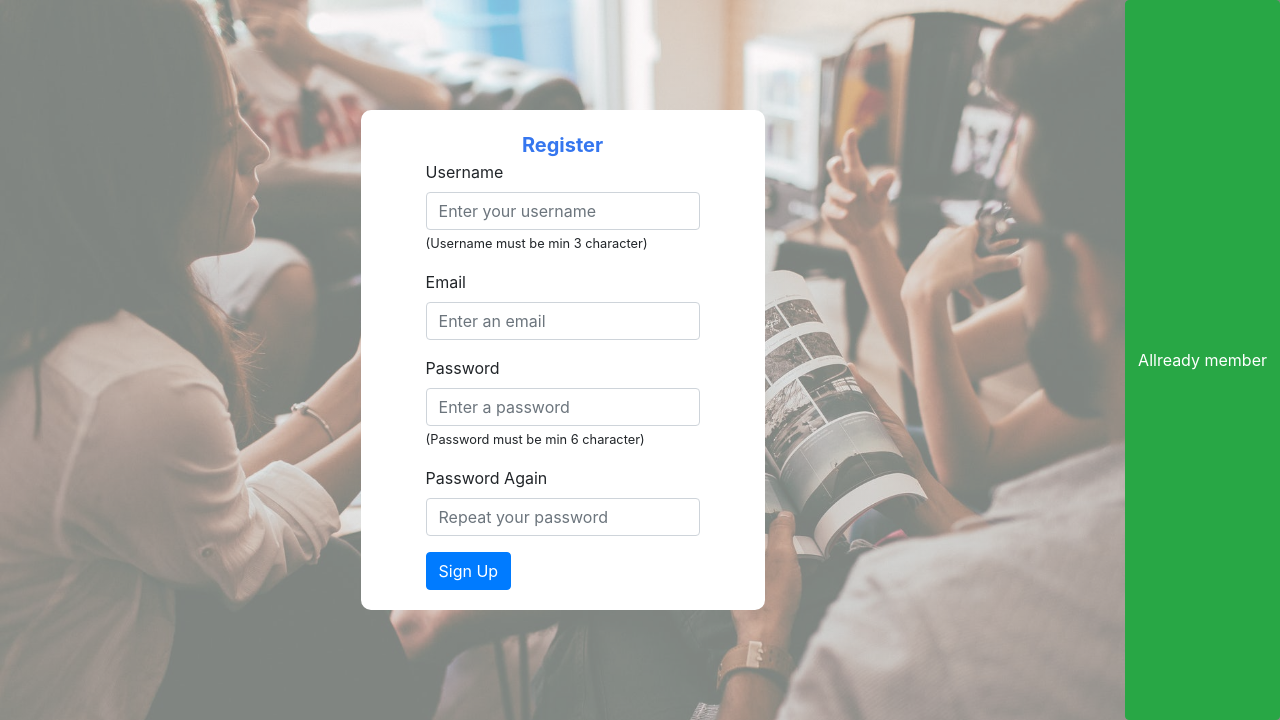
Repository: arafat877/super-chat
Page: /
These files come from the project's save history. The page is drawn as it stood at one moment and after the next save; the edit follows.
The browser window is 1280 px wide. The pictures show the whole page.
The project was rebuilt for these pictures with package versions that can differ from the ones it lists, and the page was loaded fresh each time. Also part of the build but not shown: src/App.scss, src/pages/login/Login.scss, src/pages/login/Login.js, src/pages/chat/Chat.scss, src/pages/chat/Chat.js, src/pages/profile/Profile.js.

Above is the page before, as saved 2020-08-07 20:51:52.

### public/index.html
<!DOCTYPE html>
<html lang="en">
  <head>
    <meta charset="utf-8" />
    <meta name="viewport" content="width=device-width, initial-scale=1" />
    <meta name="theme-color" content="#000000" />
    <meta
      name="description"
      content="Chat application with node.js, express, react.js, mongoDb and socket.io"
    />
    <link rel="stylesheet" href="styles.css" />
    <link
      rel="stylesheet"
      href="https://maxcdn.bootstrapcdn.com/bootstrap/4.5.0/css/bootstrap.min.css"
      integrity="sha384-9aIt2nRpC12Uk9gS9baDl411NQApFmC26EwAOH8WgZl5MYYxFfc+NcPb1dKGj7Sk"
      crossorigin="anonymous"
    />
    <link
      href="https://fonts.googleapis.com/css2?family=Roboto:wght@100;300;400;500;700;900&display=swap"
      rel="stylesheet"
    />

    <title>Super Chat</title>
  </head>
  <body>
    <noscript>You need to enable JavaScript to run this app.</noscript>
    <div id="root"></div>
  </body>
</html>

### src/App.js
import React, { useContext } from "react";
import {
  HashRouter as Router,
  Route,
  Switch,
  Redirect,
} from "react-router-dom";
import "./App.scss";
import Register from "./pages/register/Register";
import Login from "./pages/login/Login";
import Chat from "./pages/chat/Chat";
import Profile from "./pages/profile/Profile";
import { AuthContextProvider, AuthContext } from "./context/auth/AuthContex";

function App() {
  const { currentUser } = useContext(AuthContext);

  return (
    <AuthContextProvider>
      <Router>
        <Switch>
          <Route exact path={"/"}>
            {currentUser.token === null ? <Register /> : <Chat />}
          </Route>
          <Route path={"/register"}>
            {currentUser.token === null ? <Register /> : <Redirect to="/" />}
          </Route>
          <Route path={"/login"}>
            {currentUser.token === null ? <Login /> : <Redirect to="/" />}
          </Route>
          <Route path={"/chat"}>
            {currentUser.token === null ? <Login /> : <Chat />}
          </Route>
          <Route path={"/profile/:username"}>
            <Profile />
          </Route>
          <Redirect from="*" to="/" />
        </Switch>
      </Router>
    </AuthContextProvider>
  );
}

export default App;

### src/pages/register/Register.js
import React, { useState, useContext } from "react";
import "./Register.scss";
import FormInput from "../../components/formInput/FormInput";
import { AuthContext } from "../../context/auth/AuthContex";
import {registerUser} from "../../apiCalls/authApiCalls";

const Register = () => {
  const [form, setForm] = useState({
    name: "",
    email: "",
    password: "",
  });

  const [validationErrors, setValidationErrors] = useState({
    name: "",
    email: "",
    password: "",
    passwordAgain: "",
  });


  const { isFetching, error, dispatch } = useContext(AuthContext);

  const onChange = (event) => {
    const { name, value } = event.target;
    setForm((previousForm) => ({ ...previousForm, [name]: value }));
  };

  const handleConfirmPassword = (event) => {
    if (event.target.value !== form.password) {
      setValidationErrors({ ...validationErrors, passwordAgain: "Passwords do not match!" });
    } else {
      setValidationErrors({ ...validationErrors, passwordAgain: "" });
    }
  };

  const {name,email,password} = form

  const handleSend = (e) => {
    e.preventDefault();
    registerUser({name,email,password},dispatch)
  };

  return (
    <div className="registerContainer vh-100 d-flex">
      <div className="container appWrapper1 m-auto">
        <div className="row justify-content-center">
          <span className="title">Register</span>
        </div>
        <div className="row justify-content-center">
          <form>
            <FormInput
              label="Username"
              type="text"
              name="name"
              onChange={onChange}
              placeholder="Enter your username"
              small="Username must be min 3 character"
              error={validationErrors.name}
            />
            <FormInput
              label="Email"
              type="email"
              name="email"
              onChange={onChange}
              placeholder="Enter an email"
              error={validationErrors.email}
            />
            <FormInput
              label="Password"
              type="password"
              name="password"
              onChange={onChange}
              placeholder="Enter a password"
              small="Password must be min 6 character"
              error={validationErrors.password}
            />
            <FormInput
              label="Password Again"
              type="password"
              name="passwordAgain"
              onChange={handleConfirmPassword}
              placeholder="Repeat your password"
              error={validationErrors.passwordAgain}
            />
            <button
              type="submit"
              className="btn btn-primary"
              onClick={handleSend}
              disabled={isFetching}
            >
              {isFetching && <span
                className="spinner-grow spinner-grow-sm mr-2"
                role="status"
                aria-hidden="true"
              ></span> }
               Sign Up
            </button>
          </form>
        </div>
      </div>
      <button className="btn btn-success loginButton">Allready member</button>
    </div>
  );
};

export default Register;

### src/context/auth/AuthContex.js
import React, { useEffect, createContext, useReducer } from "react";
import AuthReducer from "./AuthReducer";

const INITIAL_STATE = {
  currentUser: JSON.parse(localStorage.getItem("currentUser")) || {
    _id: null,
    token: null,
    name: null,
    email: null,
    profilePicture: null,
    createdAt: null,
  },
  isFetching: false,
  error: null,
};

export const AuthContext = createContext(INITIAL_STATE);

export const AuthContextProvider = ({ children }) => {
  const [state, dispatch] = useReducer(AuthReducer, INITIAL_STATE);

  useEffect(() => {
    localStorage.setItem("currentUser", JSON.stringify(state.currentUser));
  });

  return (
    <AuthContext.Provider
      value={{
        currentUser: state.currentUser,
        isFetching: state.isFetching,
        error: state.error,
        dispatch,
      }}
    >
      {children}
    </AuthContext.Provider>
  );
};

### src/pages/register/Register.scss
.registerContainer {
  background: linear-gradient(rgba(255,255,255,.5), rgba(255,255,255,.5)), url("../../assets/chat.jpeg");
  background-size: cover;


  .appWrapper1 {
    background-color: white;
    height: auto;
    width: auto;
    padding: 20px 80px 20px 80px;
    border-radius: 10px;

    .title{
        font-weight: 700;
        font-size: 20px;
        color: #3576ef;
    }
  }
}

### src/components/formInput/FormInput.js
import React from "react";
import "./FormInput.scss";

const FormInput = ({ label,type, name, onChange, placeholder, small, error }) => {
  return (
    <>
      <div className="form-group">
        <label>{label}</label>
        <input
          type={type}
          name={name}
          onChange={onChange}
          className="form-control"
          placeholder={placeholder}
        />
        {small && <small>({small})</small>}
      </div>
      {error && (
        <div className="alert alert-danger mt-1 p-1" role="alert">
          {error}
        </div>
      )}
    </>
  );
};

export default FormInput;

### src/apiCalls/authApiCalls.js
import AuthActionTypes from "../context/auth/AuthActionTypes";
import axios from "axios";

export const registerUser = async (credentials, dispatch) => {
  dispatch({ type: AuthActionTypes.AUTH_REGISTER_START });
  try {
    await axios.post("/api/user/register", credentials).then((res) => {
      dispatch({ type: AuthActionTypes.AUTH_REGISTER_SUCCESS });
    });
  } catch (error) {
    dispatch({ type: AuthActionTypes.AUTH_REGISTER_FAILURE, payload: error });
  }
};

export const loginUser = async (credentials, dispatch) => {
  dispatch({ type: AuthActionTypes.AUTH_LOGIN_START });
  try {
    await axios.post("/api/user/login", credentials).then((res) => {
      dispatch({ type: AuthActionTypes.AUTH_LOGIN_SUCCESS, payload: res.data });
      window.location.href = '#/chat';
    });
  } catch (error) {
    dispatch({ type: AuthActionTypes.AUTH_LOGIN_FAILURE, payload: error });
  }
};

### src/context/auth/AuthReducer.js
import AuthActionTypes from "./AuthActionTypes";

const AuthReducer = (state, action) => {
  switch (action.type) {
    case AuthActionTypes.AUTH_REGISTER_START:
      return {
        ...state,
        isFetching: true,
      };
    case AuthActionTypes.AUTH_REGISTER_SUCCESS:
      return {
        ...state,
        isFetching: false,
      };
    case AuthActionTypes.AUTH_REGISTER_FAILURE:
      return {
        ...state,
        isFetching: false,
        error: action.payload,
      };
    case AuthActionTypes.AUTH_LOGIN_START:
      return {
        ...state,
        isFetching: true,
      };
    case AuthActionTypes.AUTH_LOGIN_SUCCESS:
      return {
        ...state,
        currentUser: { ...state.currentUser, ...action.payload },
        isFetching: false,
      };
    case AuthActionTypes.AUTH_LOGIN_FAILURE:
      return {
        ...state,
        isFetching: false,
        error: action.payload,
      };
      case AuthActionTypes.AUTH_LOGOUT_START:
        return {
          ...state,
          isFetching: true,
        };
      case AuthActionTypes.AUTH_LOGOUT_SUCCESS:
        return {
          ...state,
          isFetching: false,
        };
      case AuthActionTypes.AUTH_LOGOUT_FAILURE:
        return {
          ...state,
          isFetching: false,
          error: action.payload,
        };
    default:
      return state;
  }
};

export default AuthReducer;

### src/context/auth/AuthActionTypes.js
const AuthActionTypes = {
    AUTH_REGISTER_START: "AUTH_REGISTER_START",
    AUTH_REGISTER_SUCCESS: "AUTH_REGISTER_SUCCESS",
    AUTH_REGISTER_FAILURE: "AUTH_REGISTER_FAILURE",

    AUTH_LOGIN_START: "AUTH_LOGIN_START",
    AUTH_LOGIN_SUCCESS: "AUTH_LOGIN_SUCCESS",
    AUTH_LOGIN_FAILURE: "AUTH_LOGIN_FAILURE",

    AUTH_LOGOUT_START: "AUTH_LOGOUT_START",
    AUTH_LOGOUT_SUCCESS: "AUTH_LOGOUT_SUCCESS",
    AUTH_LOGOUT_FAILURE: "AUTH_LOGOUT_FAILURE",
}

export default AuthActionTypes;

Loaded but not shown: src/index.js (common file); public/styles.css (common file); src/components/formInput/FormInput.scss (no stored copy; drawn as an empty file); src/pages/profile/Profile.scss (no stored copy; drawn as an empty file)

After the next save:
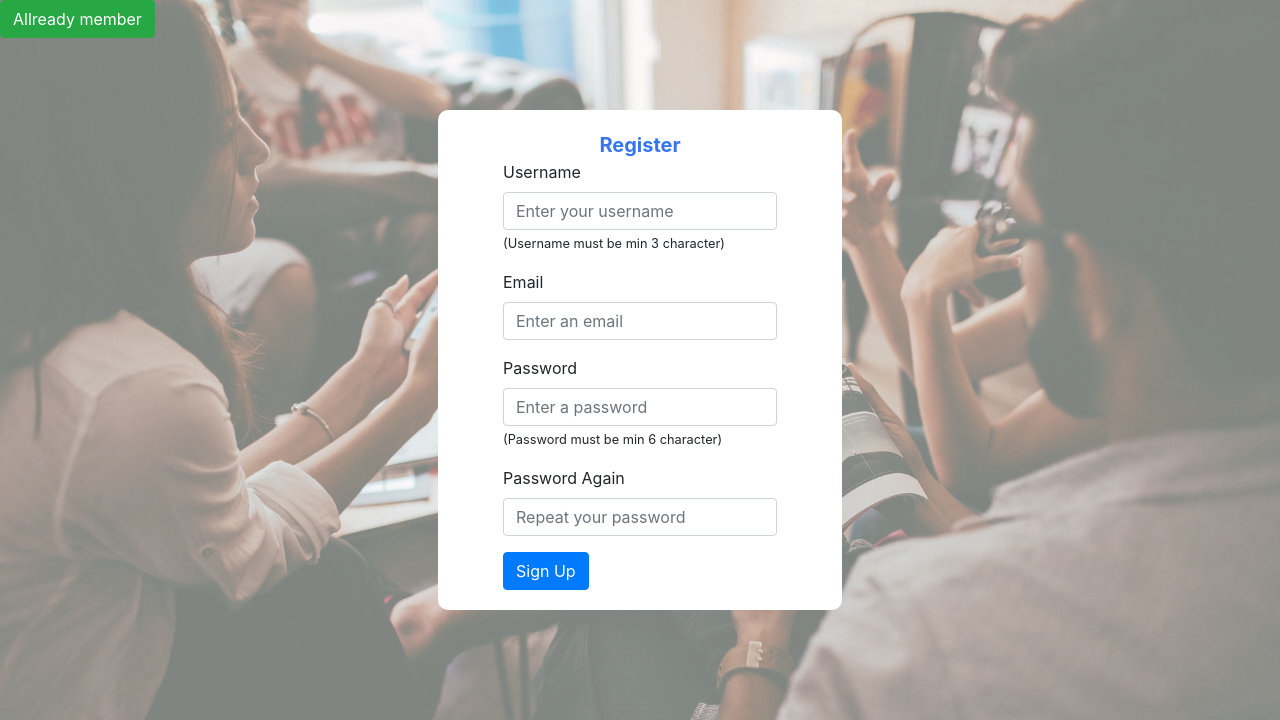
Saved 30 s later.
--- a/src/pages/register/Register.scss
+++ b/src/pages/register/Register.scss
@@ -17,3 +17,7 @@
     }
   }
 }
+
+.loginButton{
+  position: absolute;
+}
